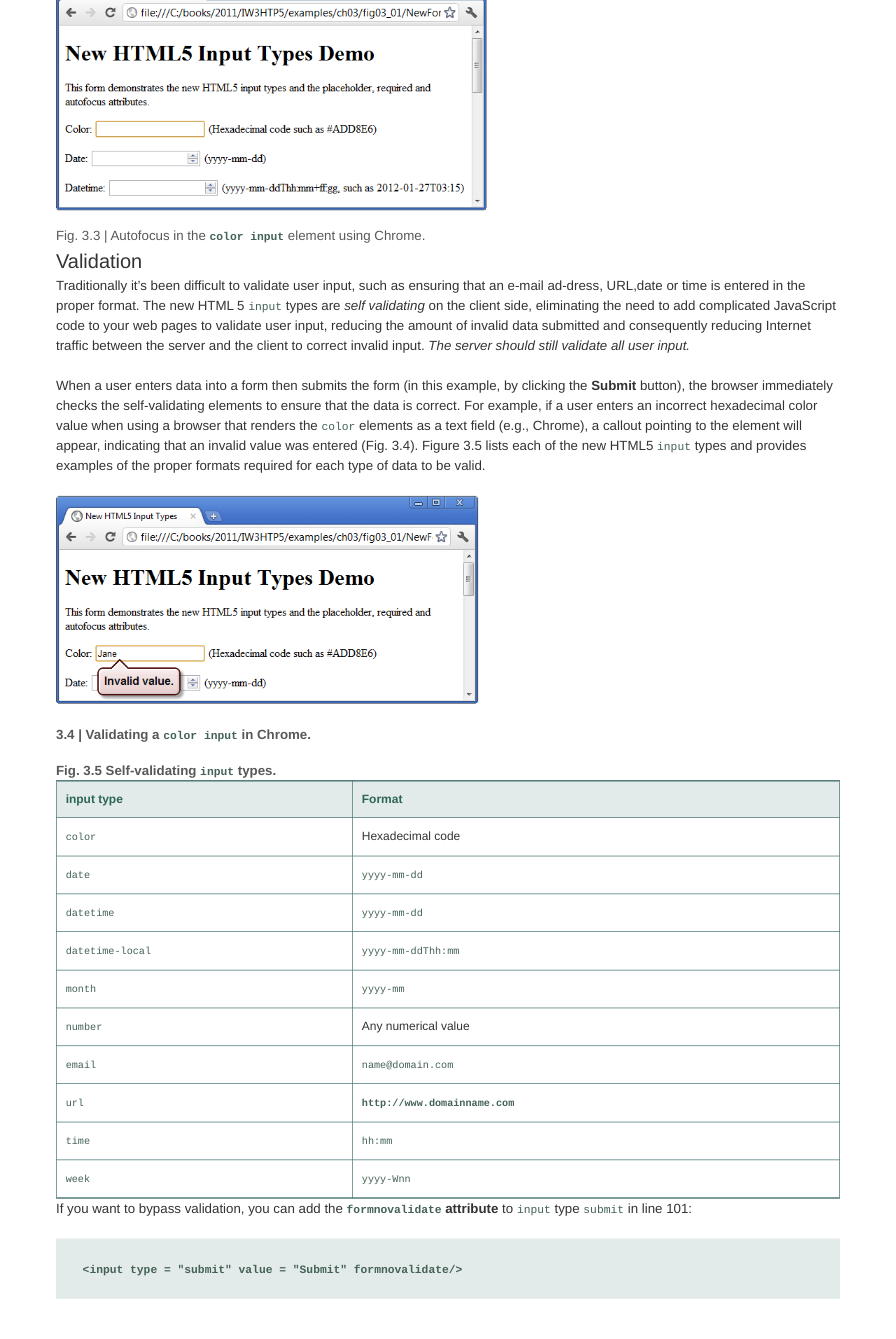
Repository: mlmEFSC21/P4-Textbook-Copy
Page: index.html
The author's editor kept a copy of each file at every save. The page is drawn from the files as they stood at one save, then again after the next save.
The browser window is 1280 px wide. The pictures show the part of the page from y = 918 to 2838 px (the page is 2831 px tall before and 2838 px after), at 70% of full size.

Above is the page before, as saved 2022-02-03 19:20:07.

After the next save:
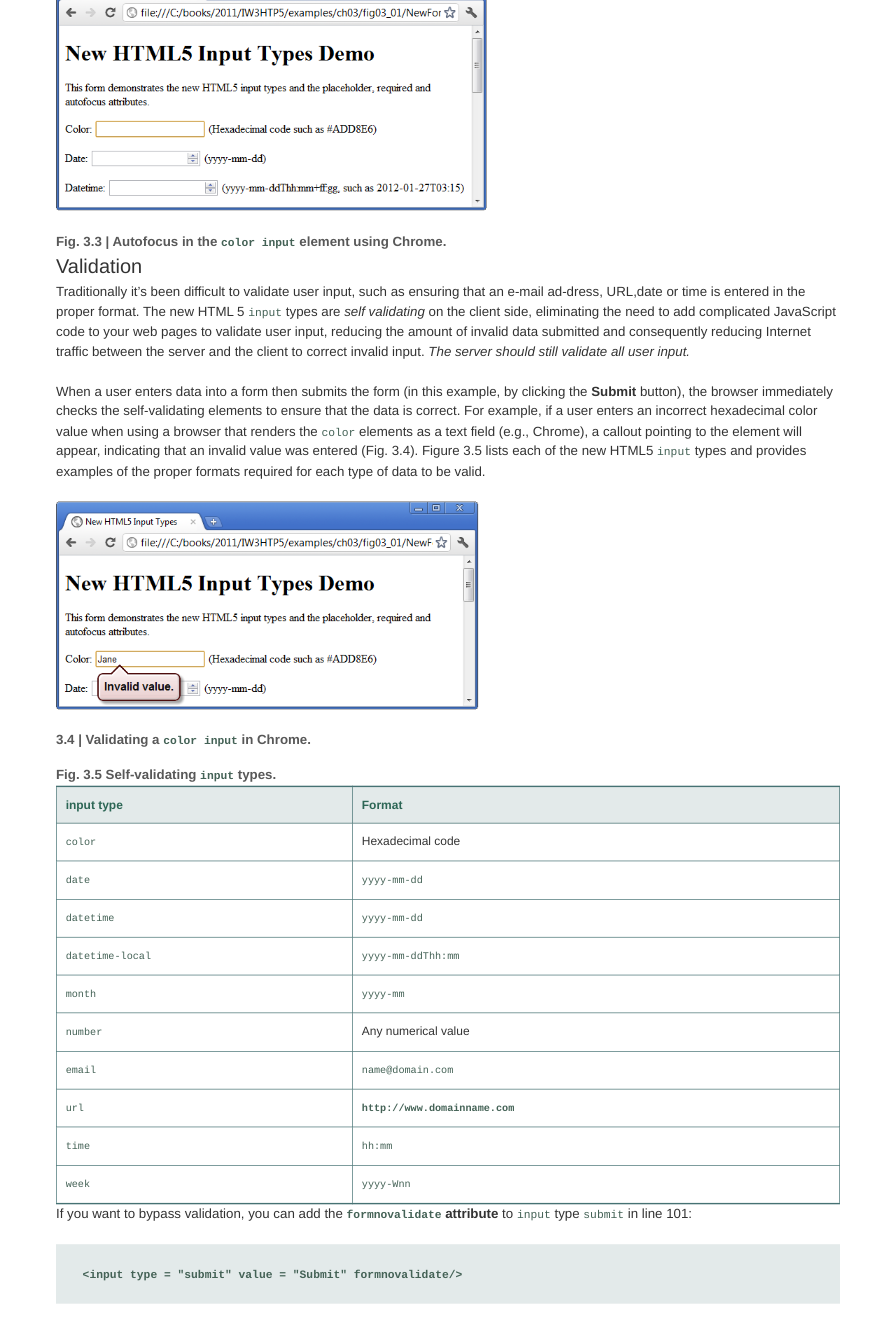
Saved 2 min 19 s later.
--- a/index.html
+++ b/index.html
@@ -50,8 +50,13 @@
                     alt="web page demo of autofocus on a color input field"
                 />
                 <figcaption>
-                    Fig. 3.3 | Autofocus in the
-                    <code><span class="code-heavy">color input</span></code> element using Chrome.
+                    <header>
+                        <h1 class="fig-cap">
+                            Fig. 3.3 | Autofocus in the
+                            <code><span class="code-heavy">color input</span></code> element using
+                            Chrome.
+                        </h1>
+                    </header>
                 </figcaption>
             </figure>
         </section>
